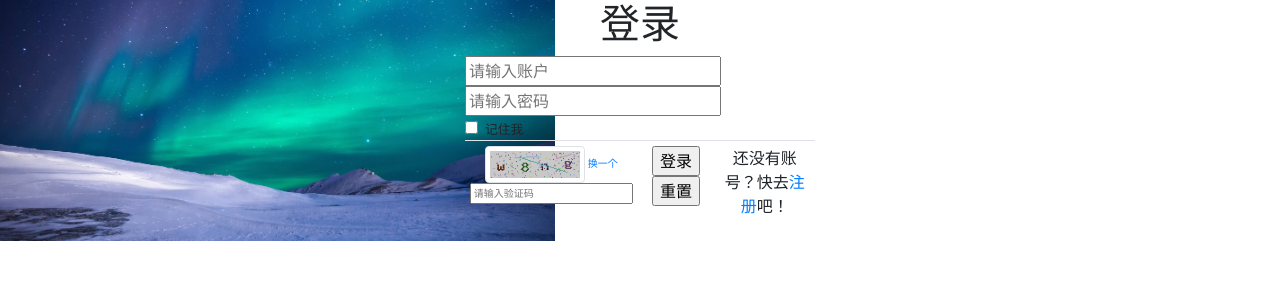
Repository: DHUAVH/Blog
Page: http://localhost/login.php
These files come from the project's save history. The page is drawn as it stood at one moment and after the next save; the edit follows.
The browser window is 1280 px wide. The pictures show the whole page.
Some web libraries are served in a nearby version. The page is run by PHP 8.4 with error messages shown; the project is at /var/www/html/.

Above is the page before, as saved 2020-11-29 16:32:40.

After the next save:
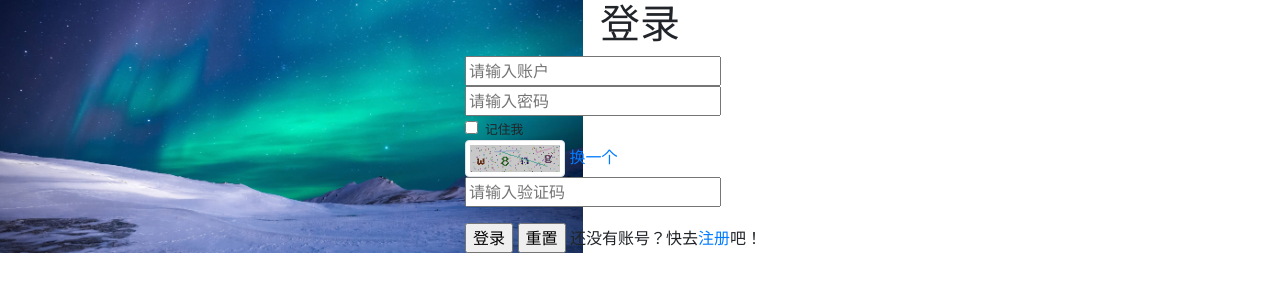
Saved 68 s later.
--- a/login.php
+++ b/login.php
@@ -24,7 +24,6 @@
         <div class="row">
             <div class="col-sm-4 offset-sm-4">    <!--使用网格系统和偏移量设置居中-->
                 <form role="form" action="loginAction.php" method="POST">
-                    <table class="table table-sm">      <!--设置表格样式-->
 
                             <input id="ID" type="text" name="username"
                             value="<?php echo isset($_COOKIE['username']) ? $_COOKIE['username'] : "";?>"  placeholder="请输入账户" required></td>
